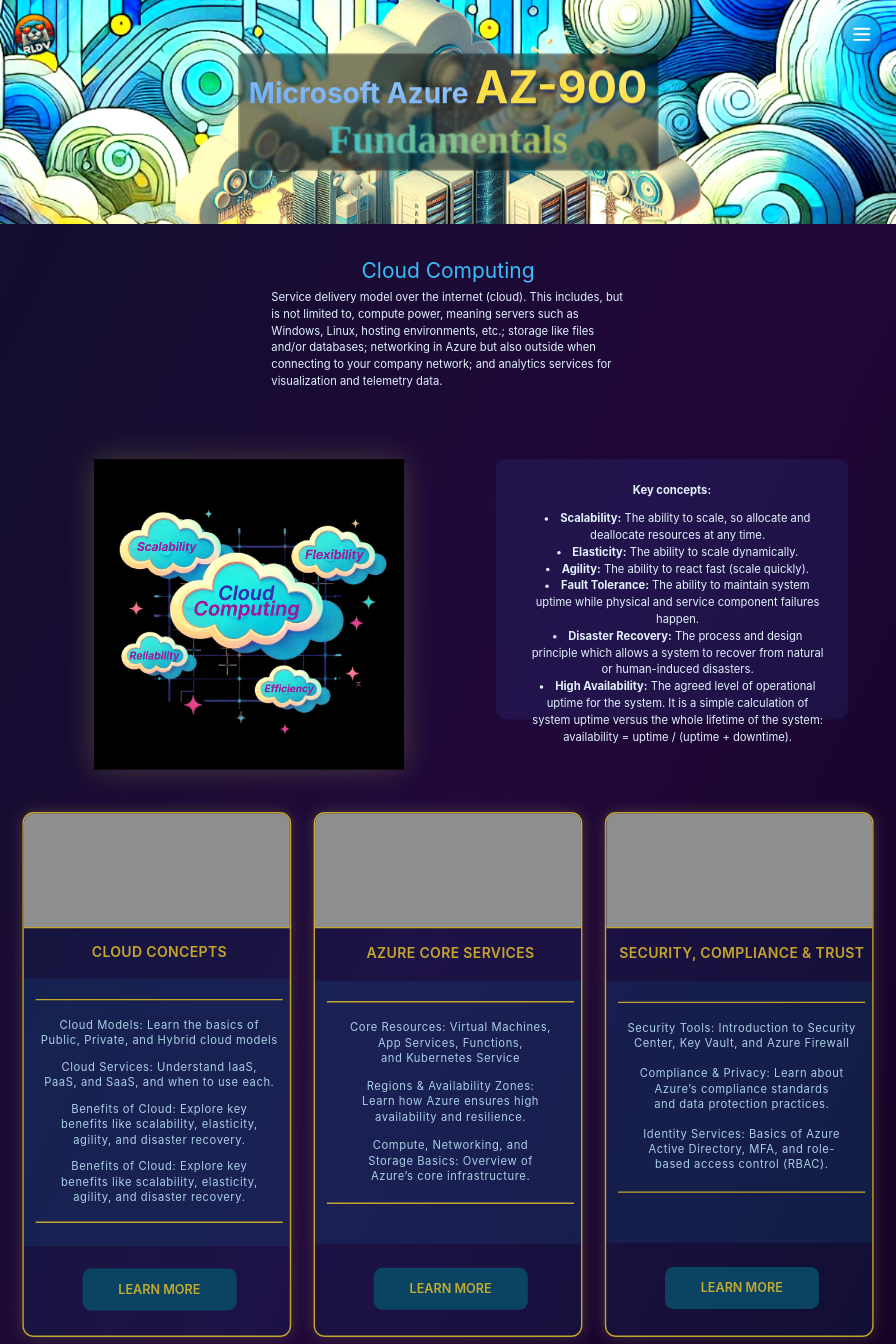
Repository: Freezler/az-900_svelte5
Page: /
The author's editor kept a copy of each file at every save. The page is drawn from the files as they stood at one save, then again after the next save.
The browser window is 1280 px wide. The pictures show the part of the page from y = 0 to 1920 px (the page is 2638 px tall), at 70% of full size.
Pictures or frames that could not be fetched are drawn as grey boxes. The project was rebuilt for these pictures with package versions that can differ from the ones it lists, and the page was loaded fresh each time. The framework's server and built-in components were replaced by stand-ins that run in the browser. Also part of the build but not shown: vite.config.ts.

Above is the page before, as saved 2024-11-10 10:40:13.

### src/app.html
<!doctype html>
<html lang="en">
	<head>
		<meta charset="utf-8" />
		<link rel="icon" href="%sveltekit.assets%/favicon.png" />
		<meta name="viewport" content="width=device-width, initial-scale=1" />
		%sveltekit.head%
	</head>
	<body data-sveltekit-preload-data="hover" >
		<div style="display: contents">%sveltekit.body%</div>
	</body>
</html>

### src/routes/+layout.svelte
<script lang="ts">
	import '../app.css';
	let { children } = $props();

</script>

<div class="bg-gradient-to-br from-[#0d0c28fc] via-[#1b0135f9] to-[#10021e] bg-cover bg-center bg-no-repeat ">{@render children()}</div>

### src/routes/+page.svelte
<script lang="ts">
	import ComputingArticle from '../components/ComputingArticle.svelte';

	import Toggle from '../components/Toggle.svelte';
	import Header from '../components/Header.svelte';
	import Popover from '../components/Menu.svelte';
	import Cards from '../components/Cards.svelte';
	import Login from '../components/Login.svelte';
</script>

<header class="">
	<Popover />
	<Header />
</header>
<main>
	<section>
		<ComputingArticle />
		<Cards />
	</section>
	<aside><Toggle /></aside>
	<footer><Login /></footer>
</main>

### src/app.css
@tailwind base;
@tailwind components;
@tailwind utilities;

:root {
  --text-color  : rgba(244, 205, 48, 0.888);
  --bg-color    : hsla(217, 87%, 3%, 0.298);
  --bg-color2   : hsla(299, 91%, 31%, 0.974);
  --bg-gradient : 135deg, rgba(237, 249, 10, .7) 0%, rgba(216, 204, 37, 0.7) 35%, rgba(0, 212, 255, 0.7) 100%;
  --bg-gradient2: 90deg, rgba(216, 204, 37, 0.5) 0%, rgba(0, 212, 255, 0.5) 70%;
}

* {
  margin     : 0;
  padding    : 0;
  box-sizing : border-box;
  user-select: none;
  /* outline : 1px dotted red; */
}

body {
  font-family: 'Inter', sans-serif;


}

### src/components/ComputingArticle.svelte
<div class="grid items-center justify-center gap-2 place-self-center text-sky-100 max-w-[50ch]  pt-12">
	<h2 class="text-3xl text-center text-sky-400">Cloud Computing</h2>
	<p>
		Service delivery model over the internet (cloud). This includes, but is not limited to, compute
		power, meaning servers such as Windows, Linux, hosting environments, etc.; storage like files
		and/or databases; networking in Azure but also outside when connecting to your company network;
		and analytics services for visualization and telemetry data.
	</p>
</div>

<section class="grid items-center grid-cols-1 lg:grid-cols-2 justify-center place-items-center z-10 text-center">
	<img
		src="../public/images/cloud.png"
		alt="cloudSolutions"
		loading="lazy"

		class=" text-sky-100 drop-shadow-[0_0px_22px_rgba(255,255,99,0.2)] w-[572px] "
	/>
	<article
		class="my-8 grid items-center justify-center gap-4 place-self-center bg-blue-500/10  text-sky-100 lg:max-w-[50ch] w-[572px] h-[372px] rounded-2xl p-8"
	>
		<p><strong>Key concepts:</strong></p>
		<ul class="list-inside list-disc pl-4">
			<li>
				<strong>Scalability:</strong> The ability to scale, so allocate and deallocate resources at any
				time.
			</li>
			<li><strong>Elasticity:</strong> The ability to scale dynamically.</li>
			<li><strong>Agility:</strong> The ability to react fast (scale quickly).</li>
			<li>
				<strong>Fault Tolerance:</strong> The ability to maintain system uptime while physical and service
				component failures happen.
			</li>
			<li>
				<strong>Disaster Recovery:</strong> The process and design principle which allows a system to
				recover from natural or human-induced disasters.
			</li>
			<li>
				<strong>High Availability:</strong> The agreed level of operational uptime for the system. It
				is a simple calculation of system uptime versus the whole lifetime of the system: availability
				= uptime / (uptime + downtime).
			</li>
		</ul>
	</article>
</section>

### src/components/Toggle.svelte
<script lang="ts">

	let name = $state('Randy');
	let status: 'DARK' | 'LIGHT' = $state('DARK');
	let full_name = $derived(name + ' ' + 'de vries');

	function toggle() {
		status = status === 'DARK' ? 'LIGHT' : 'DARK';
	}

	function onclick() {
		status = status === 'DARK' ? 'LIGHT' : 'DARK';
		window.document.body.classList.toggle('dark-mode')
	}
</script>

<div class="max-w-[400px] mx-auto grid place-items-center items-center justify-center gap-2 border-2 p-4  py-8 my-4 bg-yellow-600/10">
		<p class="text-2xl font-serif text-white ">
			set theme: <span class="font-sans {status === 'LIGHT' ? 'text-gray-200' : 'text-red-900'}">{status}</span>
		</p>

		<!-- <button on:click={toggle}>toggle status</button> -->
		<button
			class=" w-[176px] rounded bg-blue-500 px-4 py-2 font-bold text-white hover:bg-blue-700 active:scale-[.98]"
			type="button"
			onclick={toggle}>Toggle theme</button
		>
	</div>

### src/components/Header.svelte
<script lang="ts">
	// Declare props
	let { name = 'AZ-900' } = $props();

	// Local state for the surname
	let surname = $state('Fundamentals');

	// Derived state for the full name
	let full_name = $derived(`${name} ${surname}`);
</script>

<div
	class="max-w-[100svw] z-100 mx-auto grid h-80 place-content-center place-items-center items-center justify-center bg-[url('/public/images/headImage.png')] bg-cover bg-top"
>
	<div class="grid backdrop-blur-[2px] px-4 rounded-lg backdrop-brightness-[.50] pb-4">
		<h1
			class="shadow-[rgba(7, 25, 224, 0.9)] drop bg-clip-text text-center text-[clamp(1rem,5vw,2.5rem)] font-bold text-transparent bg-gradient-to-tr from-blue-400 via-blue-300 to-blue-700  drop-shadow-[-2px_2px_2px_rgba(137, 25, 224, 0.9)]"
		>
			Microsoft Azure <span
				class="bg-gradient-to-tr from-yellow-300 via-yellow-300 to-yellow-200 bg-clip-text text-[clamp(2.8rem,5vw,8.5rem)] font-bold text-transparent drop-shadow-[2px_4px_2px_rgba(36,50,100,0.9)]"
				>{name}</span
			>
		</h1>
		<h3
			class="bg-clip-text text-6xl text-center text-[clamp(1rem,5vw,3.5rem)] font-[700] font-[montserrat] bg-gradient-to-r from-[hsl(192,88%,51%)] via-[--hsl(192,88%,71%)] to-[--text-color]  pb- text-transparent drop-shadow-[2px_4px_32px_rgba(6,100,150,0.9)] backdrop-brightness-[.90] "
		>
			{surname}
		</h3>
	</div>
</div>

### src/components/Menu.svelte
<script lang="ts">
	import { cubicInOut } from 'svelte/easing';
	import { fly } from 'svelte/transition';
	let showMenu: boolean = $state(false);


</script>

	<!-- Your existing code -->

<img
	src="/public/images/Design 2.png"
	alt="Ran form Logo"
	class="fixed left-[16px] top-[16px] w-[64px] rounded-full z-[200]"
/>
<button
	onclick={() => (showMenu = !showMenu)}
	class="fixed right-[20px] top-[20px] flex  h-[58px] w-[58px] items-center justify-center rounded-full bg-blue-600/20 backdrop-blur text-white border-2 border-blue-900"
>
	<svg
		xmlns="http://www.w3.org/2000/svg"
		class="h-8 w-8"
		fill="none"
		viewBox="0 0 24 24"
		stroke="currentColor"
	>
		{#if showMenu}
			<path
				stroke-linecap="round"
				stroke-linejoin="round"
				stroke-width="2"
				d="M6 18L18 6M6 6l12 12"
			/>
		{:else}
			<path
				stroke-linecap="round"
				stroke-linejoin="round"
				stroke-width="2"
				d="M4 6h16M4 12h16M4 18h16"
			/>
		{/if}
	</svg>
</button>

{#if showMenu}
	<ul
		class="items-center justify-center fixed bottom-0 right-0 z-100 grid h-[50vh] w-[100vw] border-t border-blue-900 place-content-center bg-blue-600/20 backdrop-blur text-white uppercase text-center text-xl z-[200]"
		transition:fly={{ y: 100, duration: 420, easing: cubicInOut }}
	>
		<li class="px-2 py-4 w-[80vw] underline underline-offset-4 transition-colors ease-linear duration-400 hover:bg-blue-600/20 rounded-t-lg  bg-blue-200/30">
			<a href="/">Home</a>
		</li>
		<li class=" px-2 py-4 transition-colors hover:underline underline-offset-4  ease-linear duration-400 hover:bg-blue-600/20  bg-blue-200/30">
			<a href="/concepts">Concepts</a>
		</li>
		<li class=" px-2 py-4 transition-colors hover:underline underline-offset-4 ease-linear duration-400 hover:bg-blue-600/20  bg-blue-200/30">
			<a href="/security">Security</a>
		</li>
		<li class="px-2 py-4 transition-colors  hover:underline underline-offset-4 ease-linear duration-400 hover:bg-blue-600/20 rounded-b-lg  bg-blue-200/30">
			<a href="/services">Services</a>
		</li>
	</ul>
{/if}

### src/components/Cards.svelte
<script>
	import { goto } from '$app/navigation';
	// Define your plans as an array of objects
	const concepts = [
		{
			url: 'concepts',
			image:
				'https://learn.microsoft.com/training/achievements/microsoft-azure-fundamentals-describe-cloud-concepts-social.png',
			name: 'Cloud Concepts',
			features: [
				'Cloud Models: Learn the basics of Public, Private, and Hybrid cloud models',
				'Cloud Services: Understand IaaS, PaaS, and SaaS, and when to use each.',
				'Benefits of Cloud: Explore key benefits like scalability, elasticity, agility, and disaster recovery.',
				'Benefits of Cloud: Explore key benefits like scalability, elasticity, agility, and disaster recovery.'

			]
		},
		{
			url: 'services',
			image:
				'https://images.unsplash.com/photo-1667372459510-55b5e2087cd0?q=80&w=1932&auto=format&fit=crop&ixlib=rb-4.0.3&ixid=M3wxMjA3fDB8MHxwaG90by1wYWdlfHx8fGVufDB8fHx8fA%3D%3D',
			name: 'Azure Core Services',
			features: [
				'Core Resources: Virtual Machines, App Services, Functions, and Kubernetes Service',
				'Regions & Availability Zones: Learn how Azure ensures high availability and resilience.',
				'Compute, Networking, and Storage Basics: Overview of Azure’s core infrastructure.'
			]
		},
		{
			url: 'security',
			image:
				'https://plus.unsplash.com/premium_photo-1700830452756-1a3f4314e564?q=80&w=1674&auto=format&fit=crop&ixlib=rb-4.0.3&ixid=M3wxMjA3fDB8MHxwaG90by1wYWdlfHx8fGVufDB8fHx8fA%3D%3D',
			name: 'Security, Compliance & Trust',
			features: [
				'Security Tools: Introduction to Security Center, Key Vault, and Azure Firewall',
				'Compliance & Privacy: Learn about Azure’s compliance standards and data protection practices.',
				'Identity Services: Basics of Azure Active Directory, MFA, and role-based access control (RBAC).'
			]
		}
	];
</script>

<section
	class="z-10 grid grid-rows-1 gap-8 py-8 md:grid-cols-2 md:gap-8 md:px-8 xl:grid-cols-3"
>
	{#each concepts as concept}
		<div
			class=" pt-1  grid grid-rows-[148px_64px_auto_auto] place-items-center overflow-hidden rounded-2xl border-2 border-[--text-color] bg-sky-600/10 pb-9 shadow-[0_0px_22px_rgba(255,255,99,0.2)] brightness-90 transition duration-700 hover:scale-[1.001] hover:border-[hsla(184,69%,60%,1)] hover:shadow-[2px_6px_12px_rgba(22,125,22,0.9)]"
		>
			<img
				src={concept.image}
				class=" z-10 h-[172px] pt-2  w-full border-b-2 border-[--text-color] object-cover object-center hover:border-[hsla(184,69%,60%,1)]"
				loading="lazy"
				alt="concept"
			/>
			<div class="row-span-2 grid grid-cols-subgrid place-items-center items-center justify-center">
				<h2 class="] mt-[28px] text-xl font-semibold uppercase tracking-wide text-[--text-color]">
					{concept.name}
				</h2>
			</div>

			<div
				class=" row-span-12 my-5 w-full grid grid-rows-subgrid place-items-start items-start gap-4 text-pretty border border-transparent bg-sky-500/10 px-4 pt-7 pb-6 text-center"
			>
				{#each concept.features as feature}
					<h3
						class="border-b-1 mx-auto  grid w-[35ch]  grid-rows-subgrid text-balance border-[--text-color] px-0 text-[14px] font-normal leading-snug tracking-wider text-sky-200 py-0 first:border-t-2 first:pt-6 last:pb-6 last:border-b-2 lg:text-[16px] border-s-fuchsia-400 ">
						{feature}
					</h3>
				{/each}
			</div>
			<button
				type="button"
				class="mx-auto mt-3 w-[220px] grid-cols-subgrid rounded-xl border-[2px_solid_var(--text-color)] bg-sky-900 px-8 py-4 text-base font-semibold uppercase text-[--text-color] transition duration-[420ms] hover:bg-sky-500 hover:text-white hover:shadow-[2px_2px_22px_rgb(65,183,255,0.9)] md:text-lg lg:text-lg"
				><a href="/{concept.url}">Learn more</a></button
			>
		</div>
	{/each}
</section>

### src/components/Login.svelte
<script>
	import { onMount } from 'svelte';
	let user = $state('Stranger');
	/**
	 * @param {any} response
	 */
	function googleLoginEndpoint(response) {
	  console.log('Google login successful:', response);
	}

	// onMount(() => {
	//   const script = document.createElement("script");
	//   script.src = "https://accounts.google.com/gsi/client";
	//   script.async = true;
	//   script.defer = true;
	//   document.head.appendChild(script);
	// });
</script>

<div class="relative flex min-h-[60vh] items-center justify-center py-16 ">
	<div class="flex w-full max-w-4xl flex-col overflow-hidden rounded-lg shadow-lg md:flex-row">
		<!-- Left side: Logo and Welcome message -->
		<div
			class="flex flex-col items-center justify-center bg-[url('/public/images/headImage.png')] bg-cover bg-center object-cover p-14 text-white md:w-1/2 "
		>
			<img
				src="/public/images/Design 2.png"
				alt="Ran form Logo"
				class="mb-4 h-40 w-40 rounded-full"
			/>
			<h2 class="text-2xl font-semibold p-2 rounded-xl bg-slate-600/50  ">Good Evening {user}!</h2>
			<p class="mt-2 text-center text-lg rounded-xl bg-slate-600/50  p-2 ">Log in to your account!</p>
		</div>

		<!-- Right side: Login Form -->
		<div
			class="flex flex-col items-center justify-center  h-[50vh] bg-blue-600/40 backdrop-blur pt-8 "
		>
			<!-- Google Login Button -->
			<div
				id="g_id_onload"
				data-client_id="YOUR_GOOGLE_CLIENT_ID"
				data-context="signin"
				data-callback="googleLoginEndpoint"
				data-close_on_tap_outside="false"
				data-prompt_parent_id="g_id_onload"
			></div>

			<button
				class="flex w-3/5 items-center justify-center space-x-2 rounded-full border border-gray-300 bg-white py-2 shadow-md hover:bg-gray-50 focus:outline-none"
			>
				<span class="fab fa-google text-gray-500"></span>
				<span class="text-gray-700">Continue with Google</span>
			</button>

			<!-- Divider -->
			<div class="my-4 flex w-full items-center">
				<hr class="flex-grow border-t border-gray-300" />
				<span class="px-3 text-gray-500">OR</span>
				<hr class="flex-grow border-t border-gray-300" />
			</div>

			<!-- Email Login Button -->
			<button
				class="flex w-3/5 items-center justify-center space-x-2 rounded-full border border-gray-300 bg-white py-2 shadow-md hover:bg-gray-50 focus:outline-none"
			>
				<span class="fa fa-user text-gray-500"></span>
				<span class="text-gray-700">Enter Email & Password</span>
			</button>

			<!-- Sign up and Terms Links -->
			<div class=" w-full text-center">
				<p class="text-sm text-red-300">
					Don't have an account? <a href="_blank" class="text-blue-600 hover:underline">Sign up</a>
				</p>
				<p class="mt-0 text-xs text-gray-500 w-[50ch]">
					By continuing, you agree to our <a href="_blank" target="_blank" class="hover:underline"
						>Terms of Service</a
					>
					and
					<a href="_blank" target="_blank" class="hover:underline">Privacy Policy</a>.
				</p>
			</div>
		</div>
	</div>
</div>

### tailwind.config.ts
import aspectRatio from '@tailwindcss/aspect-ratio';
import containerQueries from '@tailwindcss/container-queries';
import forms from '@tailwindcss/forms';
import typography from '@tailwindcss/typography';
// import type { Config } from 'tailwindcss';

export default {
	content: ['./src/**/*.{html,js,svelte,ts}'],


	theme: {
		extend: {
			animation: {



			},

			keyframes: {

			}

		}
	},

	plugins: [typography, forms, containerQueries, aspectRatio]
}

After the next save:
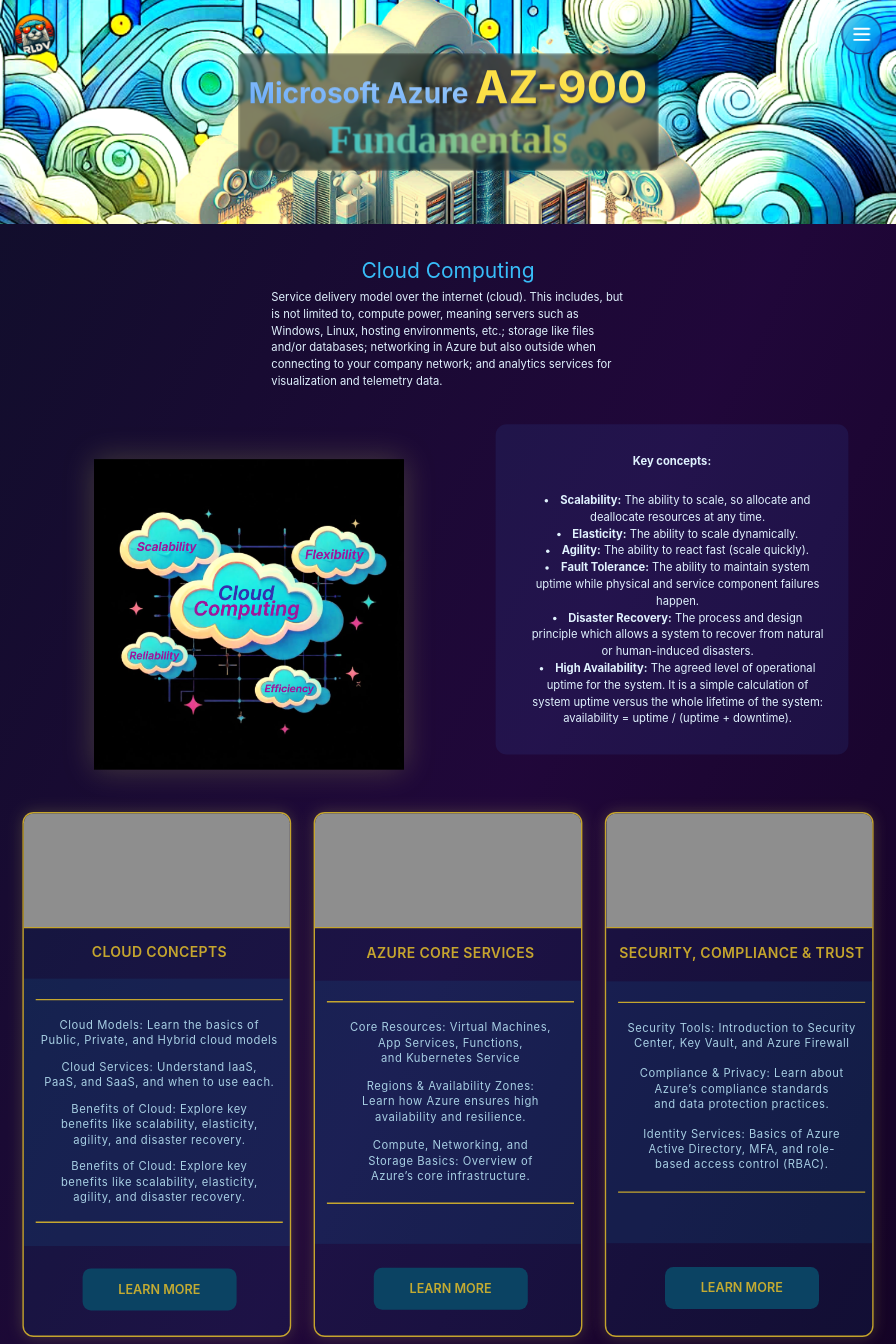
Saved 5 s later.
--- a/src/components/ComputingArticle.svelte
+++ b/src/components/ComputingArticle.svelte
@@ -17,7 +17,7 @@
 		class=" text-sky-100 drop-shadow-[0_0px_22px_rgba(255,255,99,0.2)] w-[572px] "
 	/>
 	<article
-		class="my-8 grid items-center justify-center gap-4 place-self-center bg-blue-500/10  text-sky-100 lg:max-w-[50ch] w-[572px] h-[372px] rounded-2xl p-8"
+		class="my-8 grid items-center justify-center gap-4 place-self-center bg-blue-500/10  text-sky-100 lg:max-w-[50ch] w-[572px] h-[472px] rounded-2xl p-8"
 	>
 		<p><strong>Key concepts:</strong></p>
 		<ul class="list-inside list-disc pl-4">
